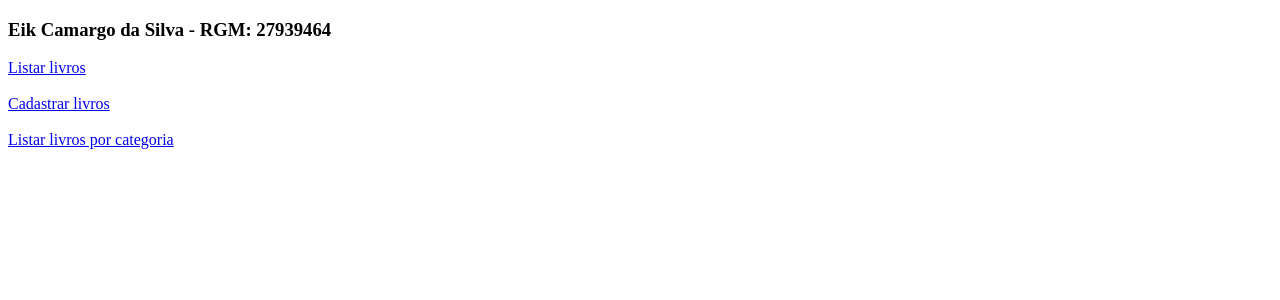
Repository: EikDEV/Atividade-Cliente-Servidor
Page: crudjspjava/src/main/webapp/inicio.html
The author's editor kept a copy of each file at every save. The page is drawn from the files as they stood at one save, then again after the next save.
The browser window is 1280 px wide. The pictures show the whole page.

Above is the page before, as saved 2022-11-05 17:10:59.

After the next save:
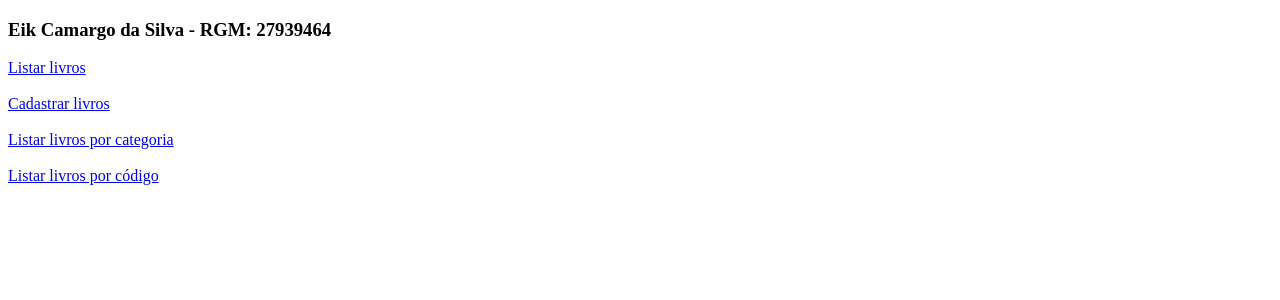
Saved 6 min 40 s later.
--- a/crudjspjava/src/main/webapp/inicio.html
+++ b/crudjspjava/src/main/webapp/inicio.html
@@ -13,5 +13,8 @@
 	<br>
 	<br>
 	<a href="listaLivrosPorCategoria.jsp">Listar livros por categoria</a>
+	<br>
+	<br>
+	<a href="listaLivrosPorCategoria.jsp">Listar livros por código</a>
 </body>
 </html>
